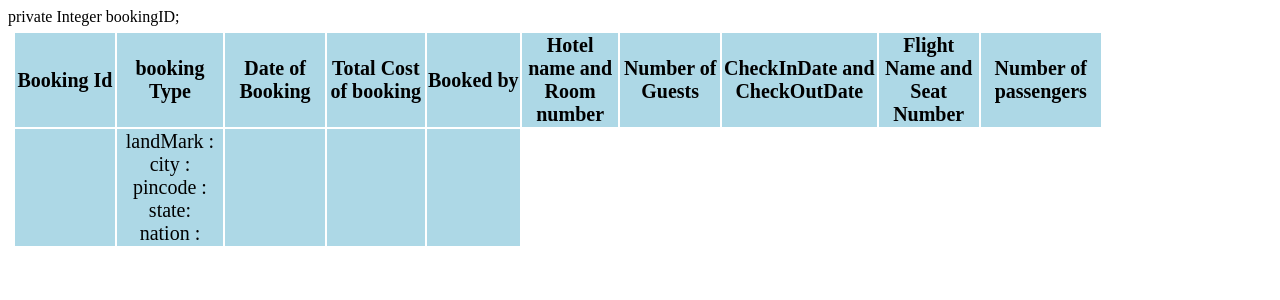
Repository: pparaska/Important
Page: http://localhost/website/WEB-INF/jsp/BookingInformation.jsp
An editor plug-in stored every save of this project. The page is shown before and after a run of saves, followed by the edit.
The browser window is 1280 px wide. The pictures show the whole page.
The page is served by Tomcat 9. Nobody is signed in. The template is opened directly, without the code that normally fills it, so the values that code supplies are empty.

Above is the page before, as saved 2019-02-12 06:25:29.

After the next 2 saves:
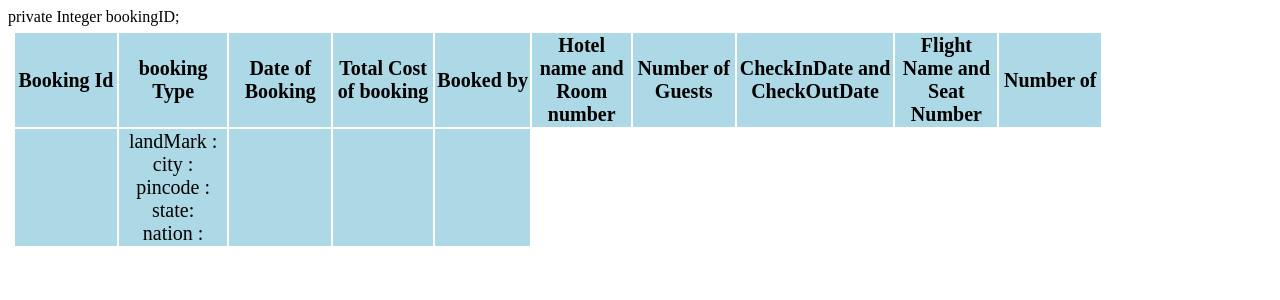
The 2 saves are shown as one change because they came seconds apart.
The last was saved 112 s later.
--- a/Poonam/All_Services/All_Services/website/src/main/webapp/WEB-INF/jsp/BookingInformation.jsp
+++ b/Poonam/All_Services/All_Services/website/src/main/webapp/WEB-INF/jsp/BookingInformation.jsp
@@ -35,7 +35,7 @@ th, td {
 				<th>Number of Guests</th>
 				<th>CheckInDate and CheckOutDate</th>
 				<th>Flight Name and Seat Number</th>
-				<th>Number of passengers</th>
+				<th>Number of </th>
 			</tr>
 			private Integer bookingID;
 	<!-- private String bookingType;
